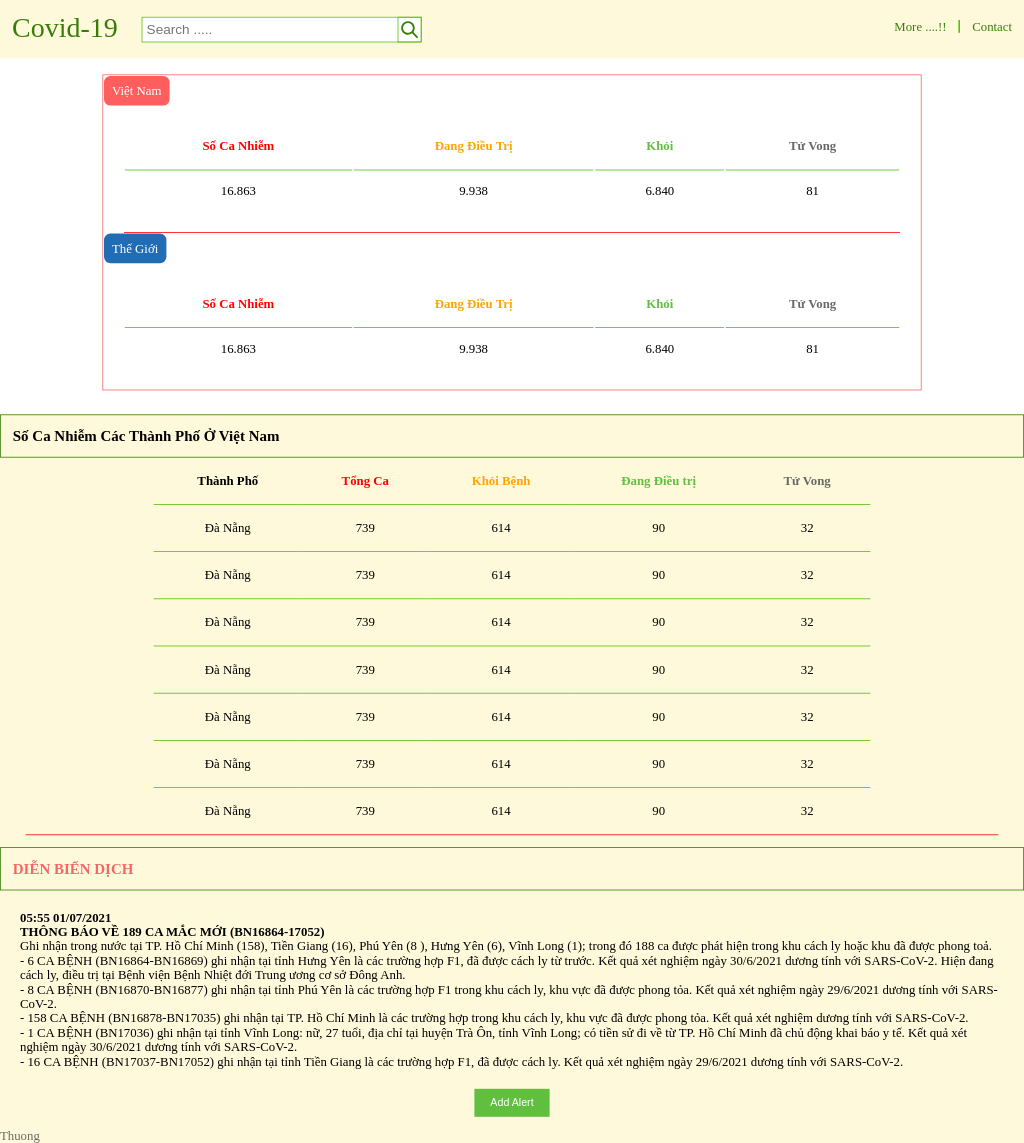
Repository: thuongton98/Covid
Page: html-css-js/index.html
These files come from the project's save history. The page is drawn as it stood at one moment and after a run of saves; the edit follows.
The browser window is 1280 px wide. The pictures show the whole page, at 80% of full size.

Above is the page before, as saved 2021-07-01 13:16:30.

After the next 2 saves:
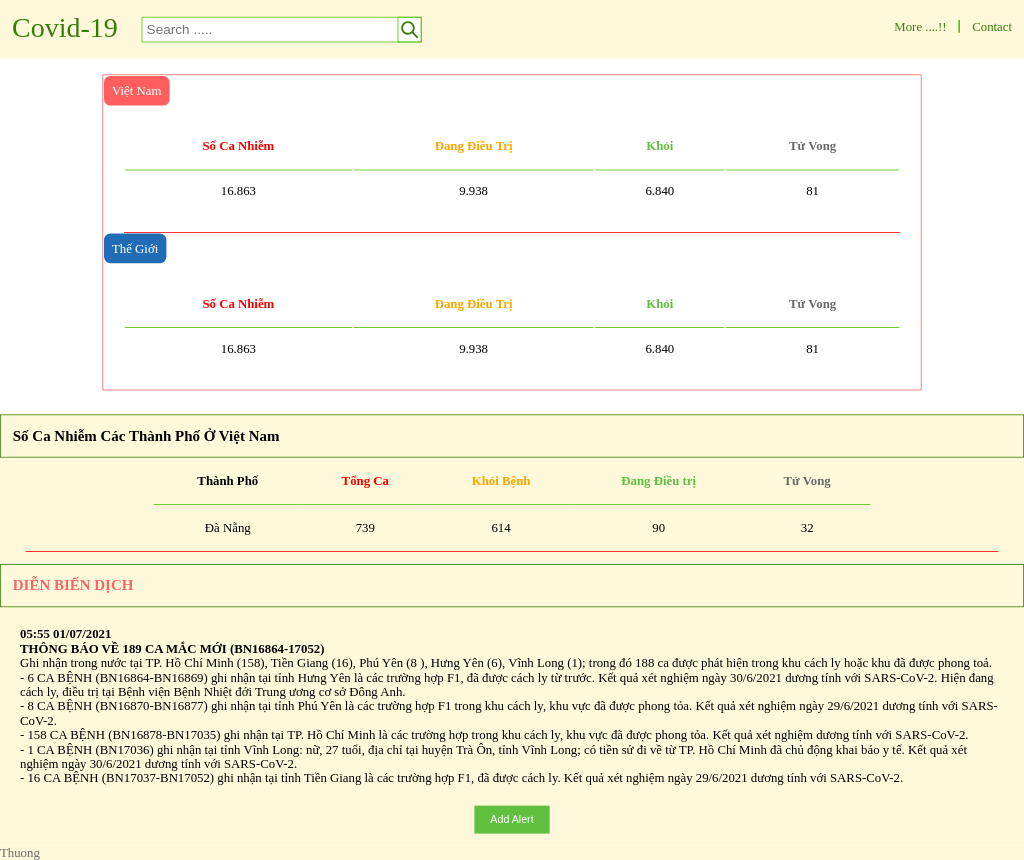
The 2 saves are shown as one change because they came seconds apart.
The last was saved 28 s later.
--- a/html-css-js/index.html
+++ b/html-css-js/index.html
@@ -80,48 +80,7 @@
                     <td>90</td>
                     <td>32</td>
                 </tr>
-                <tr>
-                    <td>Đà Nẵng</td>
-                    <td>739</td>
-                    <td>614</td>
-                    <td>90</td>
-                    <td>32</td>
-                </tr>
-                <tr>
-                    <td>Đà Nẵng</td>
-                    <td>739</td>
-                    <td>614</td>
-                    <td>90</td>
-                    <td>32</td>
-                </tr>
-                <tr>
-                    <td>Đà Nẵng</td>
-                    <td>739</td>
-                    <td>614</td>
-                    <td>90</td>
-                    <td>32</td>
-                </tr>
-                <tr>
-                    <td>Đà Nẵng</td>
-                    <td>739</td>
-                    <td>614</td>
-                    <td>90</td>
-                    <td>32</td>
-                </tr>
-                <tr>
-                    <td>Đà Nẵng</td>
-                    <td>739</td>
-                    <td>614</td>
-                    <td>90</td>
-                    <td>32</td>
-                </tr>
-                <tr>
-                    <td>Đà Nẵng</td>
-                    <td>739</td>
-                    <td>614</td>
-                    <td>90</td>
-                    <td>32</td>
-                </tr>
+
             </table>
         </div>
         <div class="line"></div>
